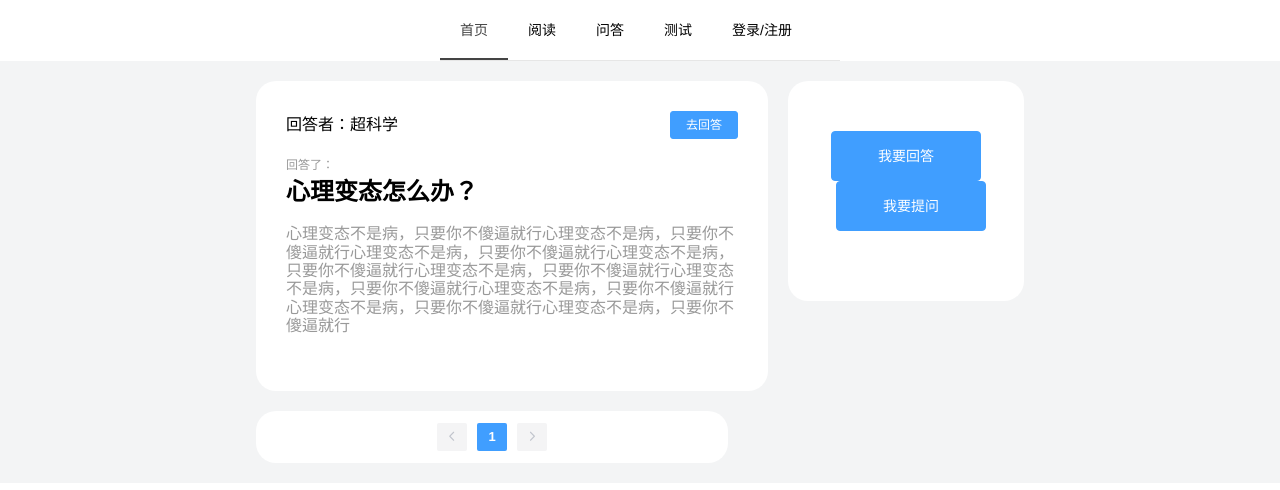
Repository: shengligo/xyx_vue_v1
Page: /qs
An editor plug-in stored every save of this project. The page is shown before and after the next save, followed by the edit.
The browser window is 1280 px wide. The pictures show the whole page.
The page's requests for data from a server got no answer. The project was rebuilt for these pictures with package versions that can differ from the ones it lists, and the page was loaded fresh each time. No one was signed in, and anything a server would have sent is missing. Also part of the build but not shown: vue.config.js, src/views/home/childComps/Art.vue, src/views/author/authors.vue, src/views/questions/QuestionDetail.vue.

Above is the page before, as saved 2021-09-04 17:31:44.

After the next save:
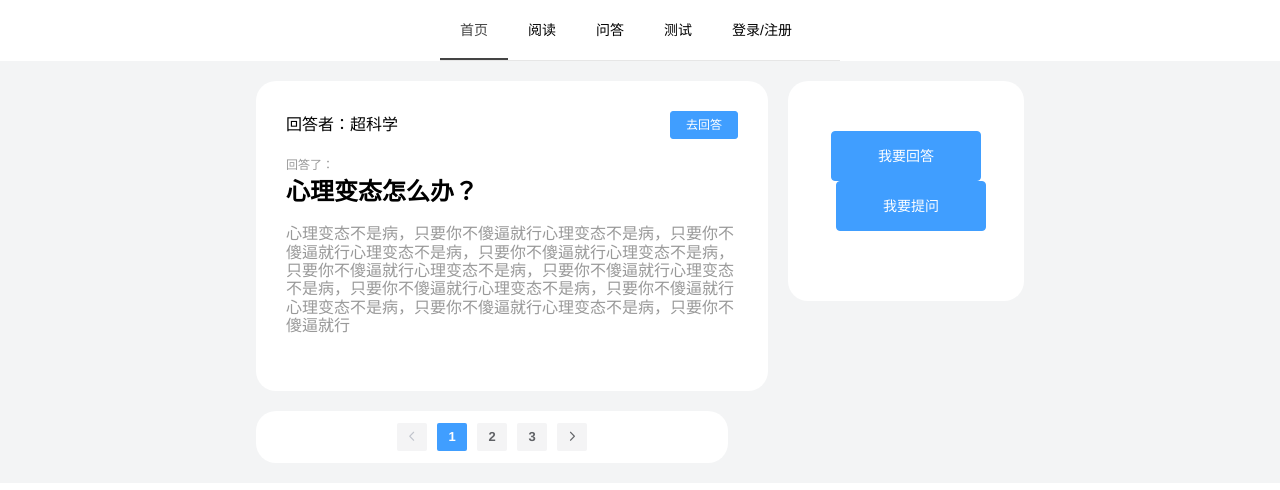
Saved 2 min 1 s later.
--- a/src/views/questions/Question.vue
+++ b/src/views/questions/Question.vue
@@ -19,7 +19,7 @@
           :page-size="condition.pageSize"
           @current-change="handleCurrentChange"
           background layout="prev, pager, next"
-          :total="condition.total">
+          :total="15">
           </el-pagination>
         </div>
       </div>

After the save that followed:
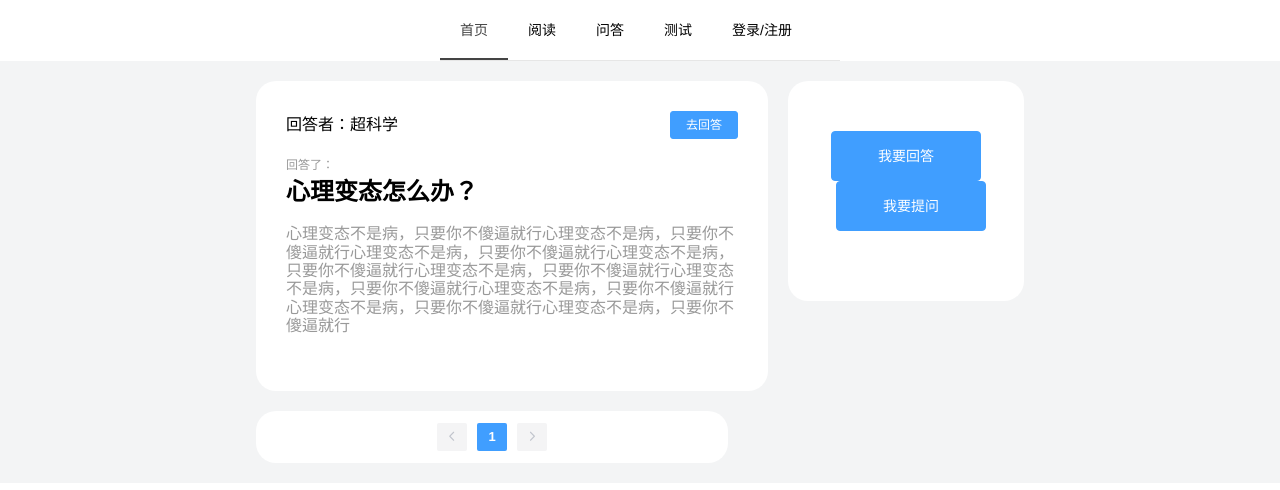
Saved 16 s later.
--- a/src/views/questions/Question.vue
+++ b/src/views/questions/Question.vue
@@ -19,7 +19,7 @@
           :page-size="condition.pageSize"
           @current-change="handleCurrentChange"
           background layout="prev, pager, next"
-          :total="15">
+          :total="condition.total">
           </el-pagination>
         </div>
       </div>
